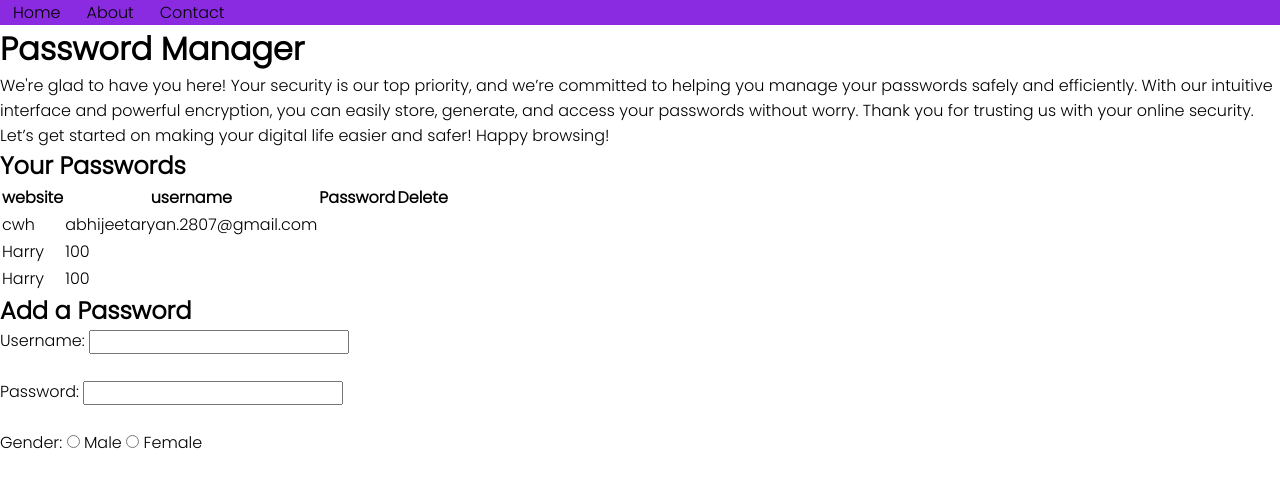
Repository: Abhi2807ar/PASSWORD-MANAGER
Page: index.html
An editor plug-in stored every save of this project. The page is shown before and after the next save, followed by the edit.
The browser window is 1280 px wide. The pictures show the whole page.

Above is the page before, as saved 2024-10-14 14:45:29.

After the next save:
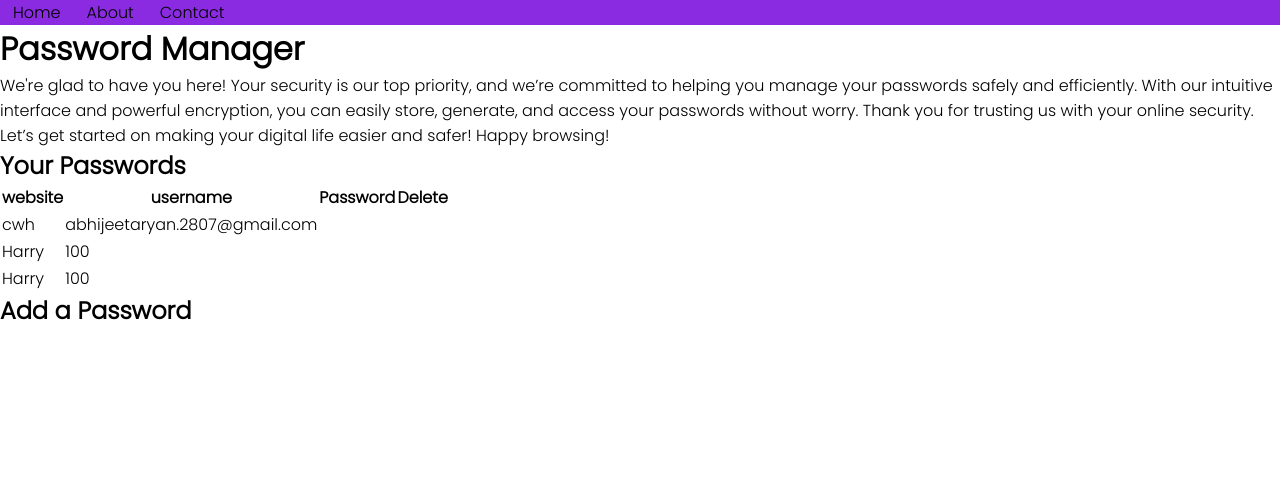
Saved 40 s later.
--- a/index.html
+++ b/index.html
@@ -75,22 +75,6 @@
 
     </div>
 
-    <form action="/submit" method="post">
-        <!-- Text input for username -->
-        <label for="username">Username:</label>
-        <input type="text" id="username" name="username" required>
-        <br><br>
 
-        <!-- Password input -->
-        <label for="password">Password:</label>
-        <input type="password" id="password" name="password" required>
-        <br><br>
-
-        <!-- Radio buttons for gender -->
-        <label>Gender:</label>
-        <input type="radio" id="male" name="gender" value="male">
-        <label for="male">Male</label>
-        <input type="radio" id="female" name="gender" value="female">
-        <label for="female">Female</label>
 </body>
 </html>

After the save that followed:
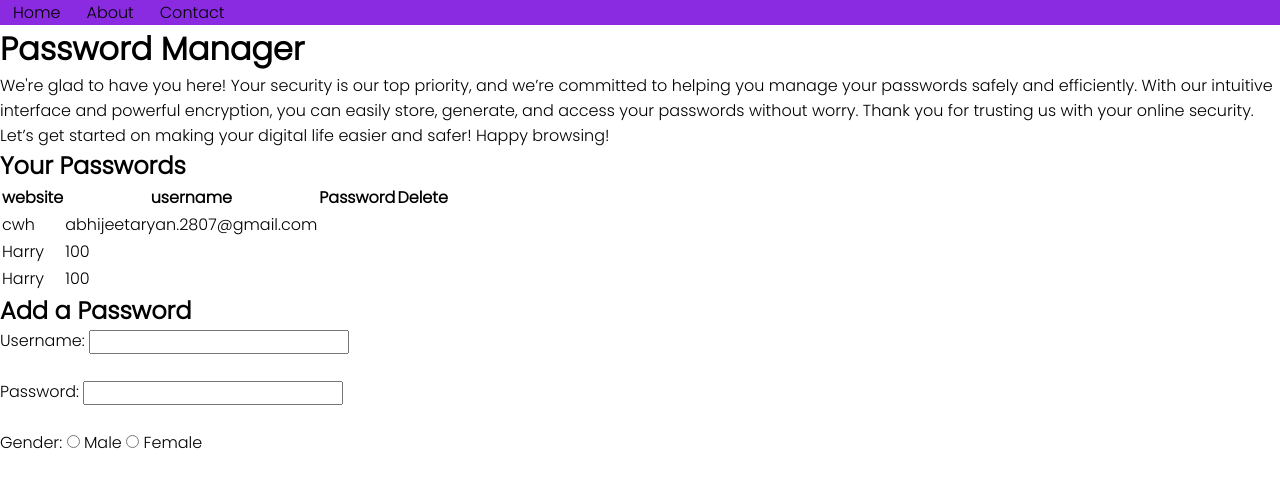
Saved 4 s later.
--- a/index.html
+++ b/index.html
@@ -72,7 +72,23 @@
               </tr>
           </table>
         <h2>Add a Password</h2>
+        <form action="/submit" method="post">
+            <!-- Text input for username -->
+            <label for="username">Username:</label>
+            <input type="text" id="username" name="username" required>
+            <br><br>
 
+            <!-- Password input -->
+            <label for="password">Password:</label>
+            <input type="password" id="password" name="password" required>
+            <br><br>
+
+            <!-- Radio buttons for gender -->
+            <label>Gender:</label>
+            <input type="radio" id="male" name="gender" value="male">
+            <label for="male">Male</label>
+            <input type="radio" id="female" name="gender" value="female">
+            <label for="female">Female</label>
     </div>
 
 
